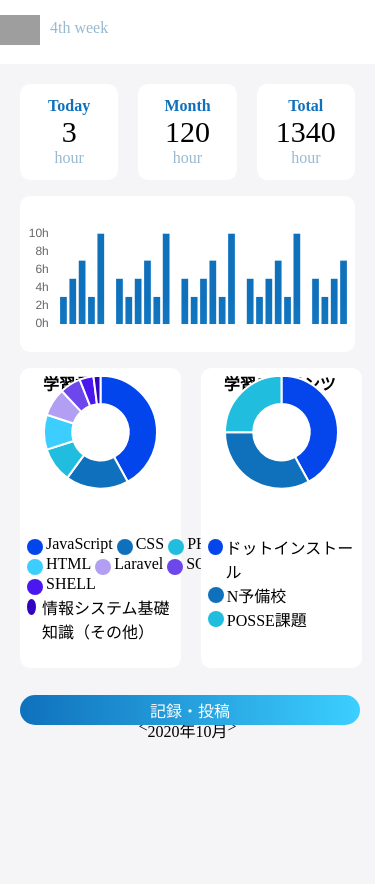
Repository: posse-ap/gen2.0-kamibayasitaito
Page: app/app.html
An editor plug-in stored every save of this project. The page is shown before and after the next save, followed by the edit.
The browser window is 375 px wide. The pictures show the whole page.
Pictures or frames that could not be fetched are drawn as grey boxes. Some web libraries are served in a nearby version.

Above is the page before, as saved 2021-11-27 03:58:41.

### app/app.html
<!DOCTYPE html>
<html lang="ja">

<head>
    <meta charset="UTF-8">
    <meta http-equiv="X-UA-Compatible" content="IE=edge">

    <meta name="viewport" content="width=device-width,initial-scale=1.0,user-scalable=no" />
    <!-- 【】内は適宜書き換えて下さい -->
<meta name="twitter:card" content="summary" />
<meta name="twitter:site" content="【@basketball_1012】" />
<meta name="twitter:title" content="【シェアするページのタイトル】" />
<meta name="twitter:description" content="【シェアするページの概要】" />
<meta name="twitter:image" content="【シェアするページのアイコン画像(絶対パス)】" />
<meta name="twitter:url" content="【シェアするページのURL】" />
    <title>app</title>
    <link rel="stylesheet" href="reset.css">
    <link rel="stylesheet" href="app_pc.css">
    <link rel="stylesheet" href="app_smartphone.css">
    <link href="https://use.fontawesome.com/releases/v5.6.1/css/all.css" rel="stylesheet">
</head>

<body>
<div class="all_wraper">
    <div id="mainPage">

        <header class="header">


            <img src="https://posse.anti-pattern.co.jp/img/posseLogo.png" alt="" class="header_logo_img">
            <p class="header_week">4th week</p>
            <button class="header_button" id="headerButton">記録・投稿</button>

        </header>

        <div class="container">
            <div class="main_left">
                <div class="main_time">
                    <ul class="time_box_container">
                        <li class="time_box">


                            <span class="time_title">Today

                            </span><br>
                            <span class="time_result">3


                            </span>
                            <br>
                            <span class="time_unit">hour

                            </span>

                        </li>
                        <li class="time_box">


                            <span class="time_title">Month

                            </span><br>
                            <span class="time_result">120


                            </span>
                            <br>
                            <span class="time_unit">hour

                            </span>

                        </li>
                        <li class="time_box">


                            <span class="time_title">Total

                            </span><br>
                            <span class="time_result">1340


                            </span>
                            <br>
                            <span class="time_unit">hour

                            </span>

                        </li>
                    </ul>
                </div>

                <div class="time_graph_container">
                    <canvas class="time_graph" id="myBarChart"></canvas>

                </div>
            </div>

            <div class="main_right">
                <div class="main_contents">
                    <ul class="study_result_container">
                        <li class="study_result">
                            <h1 class="study_result_title">学習言語</h1>
                            <div class="study_chart">
                                <canvas id="studyLanguageChart"></canvas>

                            </div>
                            <ul class="study_language_language_container">
                                <div class="study_language_display">

                                    <li>
                                        <div class="study_language_javascript">

                                        </div>
                                        <p>JavaScript</p>
                                    </li>
                                    <li>
                                        <div class="study_language_css">

                                        </div>
                                        <p>CSS</p>
                                    </li>
                                    <li>
                                        <div class="study_language_php">

                                        </div>
                                        <p>PHP</p>
                                    </li>

                                </div>
                                <div class="study_language_display">
                                    <li>
                                        <div class="study_language_html">

                                        </div>
                                        <p>HTML</p>
                                    </li>
                                    <li>
                                        <div class="study_language_laravel">

                                        </div>
                                        <p>Laravel</p>
                                    </li>
                                    <li>
                                        <div class="study_language_sql">

                                        </div>
                                        <p>SQL</p>
                                    </li>
                                </div>
                                <li>
                                    <div class="study_language_shell">

                                    </div>
                                    <p>SHELL</p>
                                </li>
                                <li>
                                    <div class="study_language_other">

                                    </div>
                                    <p>情報システム基礎知識（その他）</p>
                                </li>


                            </ul>





                        </li>
                        <li class="study_result">
                            <h1 class="study_result_title">学習コンテンツ</h1>
                            <div class="study_chart">
                                <canvas id="studyContentsChart"></canvas>
                            </div>

                            <ul class="study_contents_contents_container">
                                <li>
                                    <div class="study_contents_dot">

                                    </div>
                                    <p>ドットインストール</p>
                                </li>
                                <li>
                                    <div class="study_contents_N">

                                    </div>
                                    <p>N予備校</p>
                                </li>
                                <li>
                                    <div class="study_contents_posse">

                                    </div>
                                    <p>POSSE課題</p>
                                </li>



                            </ul>




                        </li>
                    </ul>


                </div>

            </div>




        </div>
        <div class="month_change_container">
            <div class="month_change">
                <div>
                    < </div>

                        <div>
                            <time>2020年10月</time>




                        </div>
                        >

                        <div>


                        </div>
                </div>


            </div>

        </div>
    </div>
    <div class="mordal" id="mordal">
        <div class="mordal_container" id="mordalContainer">
            <div class="mordal_left">
                <div class="study_day_container">
                    <p class="mordal_sub_title">学習日</p>
                    <div class="study_day_write_space">
                        <input type="date" maxlength="30" size="50" style="font-size:px;" class="study_currendor">

                    </div>





                </div>
                <div class="study_contents_container">
                    <p class="mordal_sub_title">学習コンテンツ</p>
                    <ul class="choices_container">
                        <div class="display_flex">
                            <li role="checkbox" class="choices check_box">
                                N予備校
                            </li>
                            <li role="checkbox" class="choices check_box">
                                ドットインストール
                            </li>
                        </div>
                        <li role="checkbox" class="choices check_box">
                            POSSE課題
                        </li>
                    </ul>


                </div>

                <div class="study_language_container">
                    <p class="mordal_sub_title">学習言語（複数選択可）</p>
                    <ul class="choices_container">
                        <div class="display_flex">

                            <li role="checkbox" class="choices check_box">HTML</li>
                            <li role="checkbox" class="choices check_box">CSS</li>
                            <li role="checkbox" class="choices check_box">JavaScript</li>

                        </div>
                        <div class="display_flex">

                            <li role="checkbox" class="choices check_box">PHP</li>
                            <li role="checkbox" class="choices check_box">Laravel</li>
                            <li role="checkbox" class="choices check_box">SQL</li>
                            <li role="checkbox" class="choices check_box">SHELL</li>

                        </div>

                        <div role="checkbox" class="choices check_box">情報システム基礎知識（その他）</div>

                    </ul>


                </div>





            </div>

            <div class="mordal_right">

                <div class="study_time">
                    <p class="mordal_sub_title">学習時間</p>
                    <textarea class="study_time_write_space" 　name="msg" cols="30" rows="1"
                        style="font-size:20px"></textarea>





                </div>

                <div class="twitter_comment_container">
                    <p class="mordal_sub_title">Twitter用コメント</p>
                    <textarea id="twitterText" cols="37" rows="7" type="text"
                        class="twitter_comment_write_space"></textarea>


                </div>

                <div class="twitter_shere_button">


                </div>

                <div>
                    <p id="checkTwitter" class="share_twitter_button">Twitterにシェアする</p>
                </div>



            </div>
        </div>



        <div class="back_button" id="backButton">
            <p>×</p>
        </div>


        <div class="submit_container">
            <a href="javascript:twitText()" class="submit_button" id="submitButton" onclick="submit_click()">記録・投稿</a>








        </div>









    </div>

    <div class="load_mordal" id="loadMordal">

        <div class="loader">Loading...</div>

    </div>

    <div class="awesome_page" id="awesomePage">
        <div class="awesome_container">
            <h1 class="awesome_character">AWESOME</h1>
            <i class="fas fa-check-circle fa-4x"></i>
            <p>記録・投稿<br>完了しました</p>
        </div>

        <div class="back_button" id="mainBackButton">
            <p>×</p>
        </div>



    </div>

    <button class="header_button_smartphone" id="Button_smartphone">記録・投稿</button>
















<script src="https://cdnjs.cloudflare.com/ajax/libs/Chart.js/2.7.2/Chart.bundle.js"></script>




<script src="https://ajax.googleapis.com/ajax/libs/jquery/2.2.4/jquery.min.js"></script>
<script src="app.js"></script>

</body>

</html>

### app/app_smartphone.css

    @media screen and (max-width: 479px) { /*ウィンドウ幅が最大479remまでの場合に適用*/


        body{
            background-color: #f5f5f8;
        }
        .all_wraper{
            height: 100vh;



        }
        /* ヘッダー */
        .header {
            top: 0;
            display: flex;
            height: 64px;
            width: 100%;
            position: fixed;
            background-color: #ffffff;

            z-index: 100;

        }

        .header_logo_img {

            height: 30px;

            transform: translateY(50%)

        }
        .header_week{
            color: #97b9d1;
            margin-left: 10px;
            transform: translateY(30%)




        }

        .header_button{
         position: absolute;
         text-align: center;
         color: white;
           height: 30px;
           width:180px ;
           transform: translateY(50%);
          border-radius: 30px;
           background: linear-gradient(to right,#0f71bc,#3ccfff);
           bottom: 0;
           cursor: pointer;
           display: none;

        }
        /* body */
        .container{

           margin-left: 20px;
           margin-right: 20px;




            }

        .main_left{

            margin-top:84px;


        }
        /*　　*/


        /* 時間の箱 */

        .main_time{
        height: 25%;

        }


        .time_box_container{
            display: flex;
            flex-direction: row;
            gap: 20px;
           padding-inline-start: 0;
           height: 100%;
           position: relative;
           margin-bottom: 16px;



        }

        .time_box{
        list-style: none;
        border: solid white;
        background-color: white;
        text-align: center;
        vertical-align: middle;
        border-radius: 10px;
        width: 33%;
        padding-top: 3%;
        padding: 10px;



        }


        .time_title{
            color: #0F70BB;
            font-weight: bold;


            }
            .time_result{
             font-size: 30px;

            }
            .time_unit{
                color: #97b9d1;

            }


        /* 時間の棒グラフ */
        .time_graph_container{
         border: solid white;
         border-radius: 10px;
         background-color: white;
         height: 30%;
         margin-top: 16px;

        }


        /* 右側 */
        .main_right{

        margin-top: 16px;




        }

        /* 学習内容の箱 */
        .study_result_container{
        list-style: none;

        height:300px;
        padding-inline-start: 0;
        padding-inline-end: 0;
        display: flex;
        gap: 20px;

        }

        .study_result{
        width: 48%;
        border: solid white;
        border-radius: 10px;
        background-color: white;




        }

        .study_result_title{

        margin-left: 20px;
        font-weight: bold;

        }


        .study_chart {
            position: relative;
            width:  calc(100% - 40px);
            height: 200px;
            overflow: hidden;
            margin:20px;
            margin-top: -80px;
        }

        .study_language_display{
         display: flex;
        }


        .study_language_javascript{
            width: 16px;
            height: 16px;
            background-color: #0345EC;
            border-radius: 50%;
            margin-top: 4px;
            margin-right: 3px;

        }
        .study_language_css{
            width: 16px;
            height: 16px;
            background-color: #0F71BD;
            border-radius: 50%;
            margin-top: 4px;
            margin-right: 3px;
        }
        .study_language_php{
            width: 16px;
            height: 16px;
            background-color: #20BDDE;
            border-radius: 50%;
            margin-top: 4px;
            margin-right: 3px;
        }
        .study_language_html{
            width: 16px;
            height: 16px;
            background-color: #3CCEFE;
            border-radius: 50%;
            margin-top: 4px;
            margin-right: 3px;
        }
        .study_language_laravel{
            width: 16px;
            height: 16px;
            background-color: #B29EF3;
            border-radius: 50%;
            margin-top: 4px;
            margin-right: 3px;
        }
        .study_language_sql{
            width: 16px;
            height: 16px;
            background-color: #6D46EC;
            border-radius: 50%;
            margin-top: 4px;
            margin-right: 3px;
        }
        .study_language_shell{
            width: 16px;
            height: 16px;
            background-color: #4A17EF;
            border-radius: 50%;
            margin-top: 4px;
            margin-right: 3px;
        }
        .study_language_other{
            width: 16px;
            height: 16px;
            background-color: #3105C0;
            border-radius: 50%;
            margin-top: 4px;
            margin-right:-10px;
        }

        .study_contents_dot{
            width: 16px;
            height: 16px;
            background-color: #0445EC;
            border-radius: 50%;
            margin-top: 4px;
            margin-right: 3px;
        }
        .study_contents_N{
            width: 16px;
            height: 16px;
            background-color: #0F70BC;
            border-radius: 50%;
            margin-top: 4px;
            margin-right: 3px;
        }
        .study_contents_posse{
            width: 16px;
            height: 16px;
            background-color: #20BDDE;
            border-radius: 50%;
            margin-top: 4px;
            margin-right: 3px;
        }

        .study_language_language_container li{
           margin-left: 4px;


            display: flex;
        }

        .study_contents_contents_container li{
            display: flex;
            margin-left: 4px;
        }







        .month_change_container{
        position: relative;


        }
        .month_change{
        position: absolute;
        left: 50%;
        transform: translateX(-50%);
            display: flex;
        margin-top: 50px;

        }


        .header_button_smartphone{
            margin-left: 20px;
            margin-right: auto;
            position: absolute;
            text-align: center;
            color: white;
              height: 30px;
              width:340px ;
              transform: translateY(50%);
             border-radius: 30px;
              background: linear-gradient(to right,#0f71bc,#3ccfff);
              bottom: 90px;
              cursor: pointer;
        }





        /* モーダル */
        .main_page::before{
                /* 透過した黒を上から重ねるイメージ */
                background-color: rgba(0,0,0,0.8);
                /* 自由に位置指定 */
                position: absolute;
                top: 0;
                right: 0;
                bottom: 0;
                left: 0;
                content: ' ';
                z-index: 900;
              }


        .mordal{
            max-width: 900px;
            width: 100vw;
            height: 95%;
            position: absolute;
            background-color: white;
            z-index: 1000;
            border-radius: 10px;
            top: 50%;
            left: 50%;
            transform: translate(-50%,-50%);
            justify-content: space-between;

        }

        .mordal_container{

            display: flex;
            flex-direction: column;
            margin-left:-40px

        }

        .mordal_sub_title{
            margin-bottom: 8px;
            margin-top: 20px;
            font-weight: bold;
        }

        .mordal_left{

        margin-left: 56px;
        margin-top: 10px;
        }



        .display_flex{
        display: flex;

        }




        .choices_container{
            list-style-type: none;
        }

        /* 選択欄 */
        .choices {
            position: relative;
            display: inline-block;
            margin-right: 10px;
            background-color: #f5f5f8;
            margin-top: 8px;
            border-radius: 30px;
            font-size: 8px;
            padding-top: 3px;
            cursor: pointer;




        }

        /* 選択欄クリック後 */

        .choices_container_after_click {

            list-style-type: none;
        }

        .choices_after_click {
            position: relative;
            display: inline-block;
            margin-right: 20px;
            background-color: #e7f5ff;
            margin-top: 8px;
            border-radius: 30px;
            height: 30px;
            padding-top: 3px;
            cursor: pointer;

        }

        /* チェックマーク */
        .check_box{
            padding-left:30px;

            position:relative;
            padding-right: 10px;
        }

        .check_box:before,
        .check_box:after{
            content:"";
            display:block;
            position:absolute;
        }
        .check_box:before{
            width:16px;
            height:16px;
            border-radius:8px;
            background:#cccccc;
            border:1px solid #cccccc;
            left: 4px;top:5px;
        }
        .check_box:after{
            border-left:2px solid #ffffff;
            border-bottom:2px solid #ffffff;
            width:10px;
            height:5px;
            -webkit-transform:rotate(-45deg);
            transform:rotate(-45deg);
            left:6px;
            top:9px;
        }

        /* チェックマーククリック後 */

        .check_box_after_click{
            padding-left:30px;

            position:relative;
            padding-right: 10px;
        }

        .check_box_after_click:before,
        .check_box_after_click:after{
            content:"";
            display:block;
            position:absolute;
        }
        .check_box_after_click:before{
            width:16px;
            height:16px;
            border-radius:8px;
            background:#0f71bd;
            border:1px solid #0f71bd;
            left: 4px;top:5px;
        }
        .check_box_after_click:after{
            border-left:2px solid #ffffff;
            border-bottom:2px solid #ffffff;
            width:10px;
            height:5px;
            -webkit-transform:rotate(-45deg);
            transform:rotate(-45deg);
            left:6px;
            top:9px;
        }



          /* チェックマークここまで */











        .study_day_write_space{
            position: relative;
            background-color: #f5f5f8;
            height: 40px;
            margin-top: 4px;





        }

        .study_currendor{
        margin-top: 4px;
        position: absolute;



        }

        .mordal_right{

            margin-top: 10px;
            margin-left: 60px;
            margin-right: 56px;
        }


        .study_time_write_space{
            background-color: #f5f5f8;
            height: 40px;


        }

        .twitter_comment_write_space{
         background-color: #f5f5f8;
         height: 80px;
        }

        /* ツイッターシェアボタン */
        .share_twitter_button{
            padding-left:30px;

            position:relative;
            padding-right: 10px;
        }

        .share_twitter_button:before,
        .share_twitter_button:after{
            content:"";
            display:block;
            position:absolute;
        }
        .share_twitter_button:before{
            width:16px;
            height:16px;
            border-radius:8px;
            background:#cccccc;
            border:1px solid #cccccc;
            left: 4px;top:5px;
        }
        .share_twitter_button:after{
            border-left:2px solid #ffffff;
            border-bottom:2px solid #ffffff;
            width:10px;
            height:5px;
            -webkit-transform:rotate(-45deg);
            transform:rotate(-45deg);
            left:6px;
            top:9px;
        }

        /* チェックマーククリック後 */

        .share_twitter_button_after_click{
            padding-left:30px;

            position:relative;
            padding-right: 10px;
        }

        .share_twitter_button_after_click:before,
        .share_twitter_button_after_click:after{
            content:"";
            display:block;
            position:absolute;
        }
        .share_twitter_button_after_click:before{
            width:16px;
            height:16px;
            border-radius:8px;
            background:#0f71bd;
            border:1px solid #0f71bd;
            left: 4px;top:5px;
        }
        .share_twitter_button_after_click:after{
            border-left:2px solid #ffffff;
            border-bottom:2px solid #ffffff;
            width:10px;
            height:5px;
            -webkit-transform:rotate(-45deg);
            transform:rotate(-45deg);
            left:6px;
            top:9px;
        }

        /* ツイッターシェアボタンここまで */

         .back_button {
          background-color: #f5f5f8;
          height: 40px;
          width: 40px;
          border-radius: 50%;
          -moz-border-radius: 50%;
          -webkit-border-radius: 50%;
          font-size: 40px;
         position: absolute;
         cursor: pointer;
         top: 0;
         right: 0;


         }

         .back_button p{

            position: absolute;
            top: 50%;
            left: 50%;
            transform: translate(-50%, -60%);
         }


         .submit_container{
         margin-top: 100px;


         }

         .submit_button{
            padding-top: 13px;
            position: absolute;
            text-align: center;
            color: white;
            height: 50px;
            width:80vw ;
            border-radius: 30px;
            background: linear-gradient(to right,#0f71bc,#3ccfff);
            cursor: pointer;
            bottom: 0;
            left: 50%;
            transform: translateX(-50%);
            margin-bottom: 30px;


         }



         /* ロード画面 */
         .load_mordal{
            max-width: 900px;
            width: 100vw;
            height: 95%;
            position: absolute;
            background-color: #ffffff;
            z-index: 998;
            border-radius: 10px;
            top: 50%;
            left: 50%;
            transform: translate(-50%,-50%);
            justify-content: space-between;



         }

         .loader {
            font-size: 10px;
            margin: 50px auto;
            text-indent: -9999em;
            width: 11em;
            height: 11em;
            border-radius: 50%;
            background: #3ccfff;
            background: -moz-linear-gradient(left, #3ccfff 10%, rgba(255, 255, 255, 0) 42%);
            background: -webkit-linear-gradient(left, #3ccfff 10%, rgba(255, 255, 255, 0) 42%);
            background: -o-linear-gradient(left, #3ccfff 10%, rgba(255, 255, 255, 0) 42%);
            background: -ms-linear-gradient(left, #3ccfff 10%, rgba(255, 255, 255, 0) 42%);
            background: linear-gradient(to right, #3ccfff 10%, rgba(255, 255, 255, 0) 42%);
            position: relative;
            -webkit-animation: load3 1.4s infinite linear;
            animation: load3 1.4s infinite linear;
            -webkit-transform: translateZ(0);
            -ms-transform: translateZ(0);
            transform: translateZ(0);
            top: 30%;

          }
          .loader:before {
            width: 50%;
            height: 50%;
            background: linear-gradient(to left,#0f71bc,#3ccfff);
            border-radius: 100% 0 0 0;
            position: absolute;
            top: 0;
            left: 0;
            content: '';
          }
          .loader:after {
            background: #ffffff;
            width: 75%;
            height: 75%;
            border-radius: 50%;
            content: '';
            margin: auto;
            position: absolute;
            top: 0;
            left: 0;
            bottom: 0;
            right: 0;
          }
          @-webkit-keyframes load3 {
            0% {
              -webkit-transform: rotate(0deg);
              transform: rotate(0deg);
            }
            100% {
              -webkit-transform: rotate(360deg);
              transform: rotate(360deg);
            }
          }
          @keyframes load3 {
            0% {
              -webkit-transform: rotate(0deg);
              transform: rotate(0deg);
            }
            100% {
              -webkit-transform: rotate(360deg);
              transform: rotate(360deg);
            }
          }

        /* 完了ページ */
          .awesome_page{
            max-width: 900px;
            width: 100vw;
            height: 95%;
            position: absolute;
            background-color: white;
            z-index: 1000;
            border-radius: 10px;
            top: 50%;
            left: 50%;
            transform: translate(-50%,-50%);



          }




         .awesome_container{
             position: absolute;
             top: 50%;
             left: 50%;
             transform: translate(-50%,-50%);
             text-align: center;


         }

         .awesome_character{
         color:#bde360 ;

         }

         .fa-check-circle{
            color: #bde360 ;


           }
        }

Loaded but not shown: app/app.js (323 lines, source omitted); app/app_pc.css (777 lines, source omitted); app/reset.css (30 lines, source omitted)

After the next save:
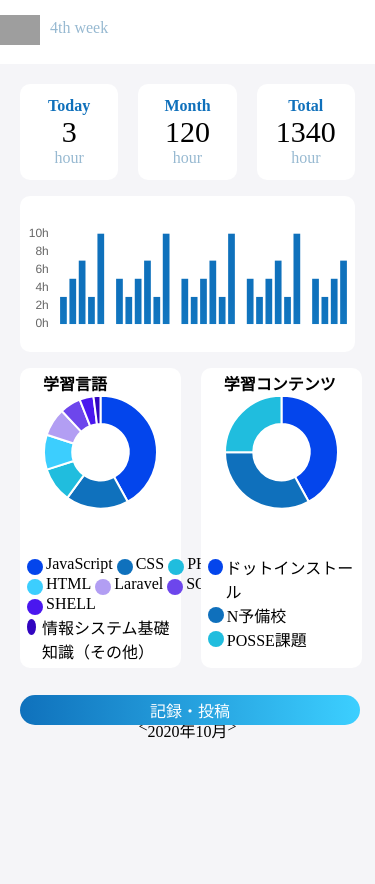
Saved 10 s later.
--- a/app/app_smartphone.css
+++ b/app/app_smartphone.css
@@ -186,7 +186,7 @@
             height: 200px;
             overflow: hidden;
             margin:20px;
-            margin-top: -80px;
+            margin-top: -60px;
         }
 
         .study_language_display{
